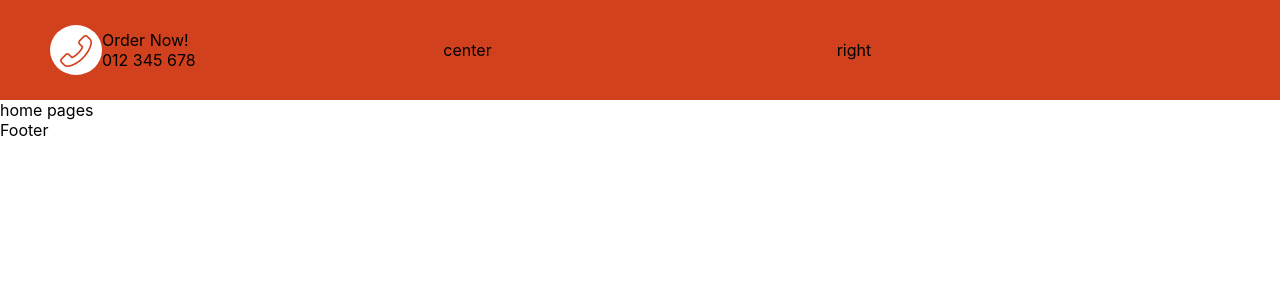
Repository: exiled-kal/RestuarantNextJS
Page: /
These files come from the project's save history. The page is drawn as it stood at one moment and after a run of saves; the edit follows.
The browser window is 1280 px wide. The pictures show the whole page.
The project was rebuilt for these pictures with package versions that can differ from the ones it lists, and the page was loaded fresh each time. The framework's server and built-in components were replaced by stand-ins that run in the browser. Also part of the build but not shown: next.config.js, styles/Home.module.css.

Above is the page before, as saved 2021-12-14 12:45:36.

After the next 5 saves:
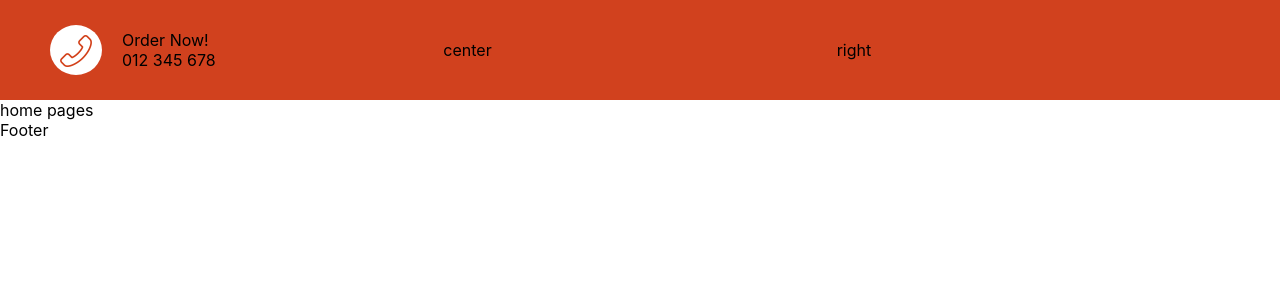
The 5 saves are shown as one change because they came seconds apart.
The last was saved 18 s later.
--- a/styles/Navbar.module.css
+++ b/styles/Navbar.module.css
@@ -25,3 +25,7 @@
   padding: 10px;
   height: 50px;
 }
+
+.texts {
+  margin-left: 20px;;
+}
